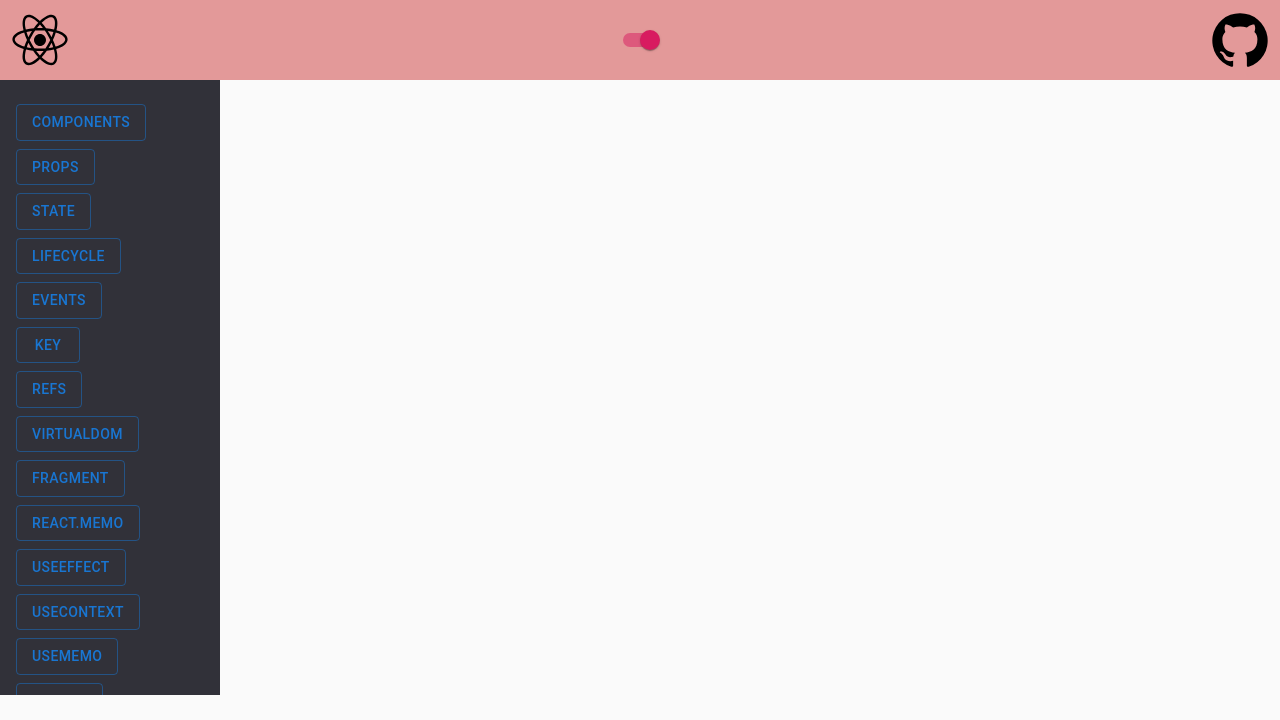
Repository: savannaaaas/reactDocumentation
Page: /topic
The author's editor kept a copy of each file at every save. The page is drawn from the files as they stood at one save, then again after the next save.
The browser window is 1280 px wide. The pictures show the whole page.
The project was rebuilt for these pictures with package versions that can differ from the ones it lists, and the page was loaded fresh each time. Also part of the build but not shown: vite.config.js, src/pages/welcomePage/WelcomeButton/WelcomeButton.jsx, src/pages/welcomePage/Content/ContentWelcome.jsx, src/pages/welcomePage/WelcomePage.jsx, src/pages/componentPage/ComponentPage.jsx.

Above is the page before, as saved 2025-07-19 17:02:57.

### index.html
<!DOCTYPE html>
<html lang="en" data-theme="light">
  <head>
    <meta charset="UTF-8" />
    <link rel="icon" type="image/svg+xml" href="/vite.svg" />
    <meta name="viewport" content="width=device-width, initial-scale=1.0" />
    <title>NoteBook</title>
  </head>
  <body>
    <div id="root"></div>
    <script type="module" src="/src/main.jsx"></script>
  </body>
</html>

### src/main.jsx
import { StrictMode } from "react";
import { createRoot } from "react-dom/client";
import App from "./App.jsx";
import { ThemeProvider } from "./providers/ThemeProvider.jsx";
import "./index.scss";
import { BrowserRouter } from "react-router";

createRoot(document.getElementById("root")).render(
  <StrictMode>
    <ThemeProvider>
      <BrowserRouter>
        <App />
      </BrowserRouter>
    </ThemeProvider>
  </StrictMode>
);

### src/App.jsx
import { Routes, Route } from "react-router";

import { WelcomePage } from "./pages/welcomePage/WelcomePage";
import { TopicPage } from "./pages/topicPage/TopicPage";
import { ComponentPage } from "./pages/componentPage/ComponentPage";

import "./index.scss";

function App() {
  return (
    <Routes>
      <Route path="/" element={<WelcomePage />} />
      <Route path="/topic" element={<TopicPage />}>
        <Route path="components" element={<ComponentPage />} />
      </Route>
    </Routes>
  );
}

export default App;

### src/providers/ThemeProvider.jsx
import { useEffect, useState } from "react";
import { themes, ThemeContext } from "../contexts/ThemeContext";
const getTheme = () => {
  const theme = `${window?.localStorage.getItem("theme")}`; //получаем тему из хранилища
  if (Object.values(themes).includes(theme)) {
    //если тема такая есть возвращаем
    return theme;
  } //если в хранилище нет смотрим какую тему пользователь предпочитает
  const userMedia = window.matchMedia("(prefers-color-scheme: light)"); //проверяем предпочитает пользователь светлую тему если да возвр
  if (userMedia.matches) return themes.light;
  return themes.dark; //иначе темная
};
export const ThemeProvider = ({ children }) => {
  const [theme, setTheme] = useState(getTheme);
  useEffect(() => {
    document.documentElement.dataset.theme = theme; // добавляем атрибут data-theme на <html>
    localStorage.setItem("theme", theme); //устанавливаем и сохраняем текущую тему
  }, [theme]);
  return (
    <ThemeContext.Provider value={{ theme, setTheme }}>
      {children}
    </ThemeContext.Provider>
  );
};

### src/index.scss
*{
  padding: 0;
  margin: 0;
  box-sizing: border-box;
}
body {
  background-color: var(--background-color);
}

:root[data-theme="light"] {
  --background-color: #fafafa;
}

:root[data-theme="dark"] {
  --background-color: #313139;
}

### src/pages/topicPage/TopicPage.jsx
import { Header } from "../welcomePage/Header/Header";
import { Navigation } from "../../components/Navigation/Navigation";
export const TopicPage = () => {
  return (
    <>
      <Header />
      <Navigation />
    </>
  );
};

### src/contexts/ThemeContext.jsx
import { createContext } from "react";
export const themes = {
  dark: "dark",
  light: "light",
};

export const ThemeContext = createContext({});

### src/pages/welcomePage/Header/Header.jsx
import { useContext } from "react";
import GitHubIcon from "@mui/icons-material/GitHub";
import reactLogo from "../../../assets/react.svg";
import { Image } from "../../../components/Image/Image";
import { Toggle } from "../../../components/Toggle/Toggle";
import "../index.scss";

export const Header = () => {
  return (
    <div className="header">
      <Image src={reactLogo} alt="React logo" style={{ width: "60px" }} />
      <Toggle />
      <GitHubIcon sx={{ fontSize: "60px" }} />
    </div>
  );
};

### src/pages/welcomePage/index.scss
$light-color: rgb(242, 118, 138);
$dark-color : #ffffff;

.header {
  background-color: rgb(227, 153, 153);
  display: flex;
  flex-direction: row;
  align-items: center;
  justify-content: space-between;
  padding: 10px;
  width: 100%;
}


.base-content {
  position: relative;
  display: flex;
  flex-direction: column;
  justify-content: center;
  align-items: center;
  gap: 100px;
  color: rgb(242, 118, 138);

  p {
    a {
      color: rgb(242, 118, 138);
      text-decoration: none;
    }
  }
}


.welcome-page {
  position: relative;
  display: flex;
  flex-direction: column;
  gap: 100px;
  justify-content: center;
  align-items: center;
}

.welcome-button{
  padding: 10 30px;
  width: 170px;
  border-radius: 30px;
}
[data-theme="light"] {
  .base-content {
    color: $light-color;

    p {
      a {
        color: $light-color;
      }
    }
  }
  .welcome-button{
    background-color: rgb(245, 60, 91);
    color: white;
  }
}

[data-theme="dark"] {
  .base-content {
    color: $dark-color;

    p {
      a {
        color: $dark-color;
      }
    }
  }
  .welcome-button{
    background-color: white;
    color: rgb(245, 60, 91);
  }
}

### src/components/Navigation/Navigation.jsx
import { Button } from "../Button/Button";
import "./index.scss";
import { Box, List, ListItem } from "@mui/material";
import { NavLink } from "react-router";
import { ButtonNavigate } from "./ButtonNavigate";
export const Navigation = () => {
  return (
    <Box
      className="list"
      sx={{
        maxHeight: "615px",
        overflowY: "auto",
        width: "220px",
        p: 2,
        height: "200vh",
        top: "80px",
        left: 0,
        position: "fixed",
      }}
    >
      <List sx={{ display: "flex", flexDirection: "column", gap: 1 }}>
        <ListItem disablePadding>
          <ButtonNavigate component={NavLink} to="/topic/components" fullWidth>
            Components
          </ButtonNavigate>
        </ListItem>
        <ListItem disablePadding>
          <ButtonNavigate component={NavLink} to="/topic/props" fullWidth>
            Props
          </ButtonNavigate>
        </ListItem>
        <ListItem disablePadding>
          <ButtonNavigate component={NavLink} to="/topic/state" fullWidth>
            State
          </ButtonNavigate>
        </ListItem>
        <ListItem disablePadding>
          <ButtonNavigate component={NavLink} to="/topic/lifecycle" fullWidth>
            Lifecycle
          </ButtonNavigate>
        </ListItem>
        <ListItem disablePadding>
          <ButtonNavigate component={NavLink} to="/topic/events" fullWidth>
            Events
          </ButtonNavigate>
        </ListItem>
        <ListItem disablePadding>
          <ButtonNavigate component={NavLink} to="/topic/key" fullWidth>
            Key
          </ButtonNavigate>
        </ListItem>
        <ListItem disablePadding>
          <ButtonNavigate component={NavLink} to="/topic/refs" fullWidth>
            Refs
          </ButtonNavigate>
        </ListItem>
        <ListItem disablePadding>
          <ButtonNavigate component={NavLink} to="/topic/virtual-dom" fullWidth>
            VirtualDOM
          </ButtonNavigate>
        </ListItem>
        <ListItem disablePadding>
          <ButtonNavigate component={NavLink} to="/topic/fragment" fullWidth>
            Fragment
          </ButtonNavigate>
        </ListItem>
        <ListItem disablePadding>
          <ButtonNavigate component={NavLink} to="/topic/react-memo" fullWidth>
            React.Memo
          </ButtonNavigate>
        </ListItem>
        <ListItem disablePadding>
          <ButtonNavigate component={NavLink} to="/topic/useEffect" fullWidth>
            useEffect
          </ButtonNavigate>
        </ListItem>
        <ListItem disablePadding>
          <ButtonNavigate component={NavLink} to="/topic/useContext" fullWidth>
            useContext
          </ButtonNavigate>
        </ListItem>
        <ListItem disablePadding>
          <ButtonNavigate component={NavLink} to="/topic/useMemo" fullWidth>
            useMemo
          </ButtonNavigate>
        </ListItem>
        <ListItem disablePadding>
          <ButtonNavigate component={NavLink} to="/topic/router" fullWidth>
            Router
          </ButtonNavigate>
        </ListItem>
      </List>
    </Box>
  );
};

### src/components/Button/Button.jsx
import ButtonCustom from "@mui/material/Button";
export const Button = ({ children, ...props }) => {
  return <ButtonCustom {...props}>{children}</ButtonCustom>;
};

### src/components/Image/Image.jsx
export const Image = ({ children, ...props }) => {
  return <img {...props}>{children}</img>;
};

### src/components/Toggle/Toggle.jsx
import { useContext } from "react";
import { ThemeContext } from "../../contexts/ThemeContext";
import { alpha, styled } from "@mui/material/styles";
import { grey, pink } from "@mui/material/colors";
import { themes } from "../../contexts/ThemeContext";
import Switch from "@mui/material/Switch";
export const Toggle = () => {
  const { theme, setTheme } = useContext(ThemeContext);
  const ThemeSwitch = styled(Switch)(({ theme }) => ({
    "& .MuiSwitch-switchBase": {
      color: grey[600],
      "&:hover": {
        backgroundColor: alpha(grey[600], theme.palette.action.hoverOpacity),
      },
    },
    "& .MuiSwitch-track": {
      backgroundColor: grey[600],
    },
    "& .MuiSwitch-switchBase.Mui-checked": {
      color: pink[600],
      "&:hover": {
        backgroundColor: alpha(pink[600], theme.palette.action.hoverOpacity),
      },
    },
    "& .MuiSwitch-switchBase.Mui-checked + .MuiSwitch-track": {
      backgroundColor: pink[600],
    },
  }));
  const handleChange = () => {
    if (theme === themes.light) setTheme(themes.dark);
    if (theme === themes.dark) setTheme(themes.light);
  };
  return (
    <ThemeSwitch checked={theme == themes.light} onChange={handleChange} />
  );
};

### src/components/Navigation/index.scss
[data-theme="light"] {
  .list{
    background-color:#313139;
  }
}

[data-theme="dark"] {
  .list{
background-color:#ffffff
  }
}

### src/components/Navigation/ButtonNavigate.jsx
import { Button } from "../Button/Button";
export const ButtonNavigate = ({ children, props }) => {
  return (
    <Button {...props} variant="outlined" style={{ with: "300px" }}>
      {children}
    </Button>
  );
};

After the next save:
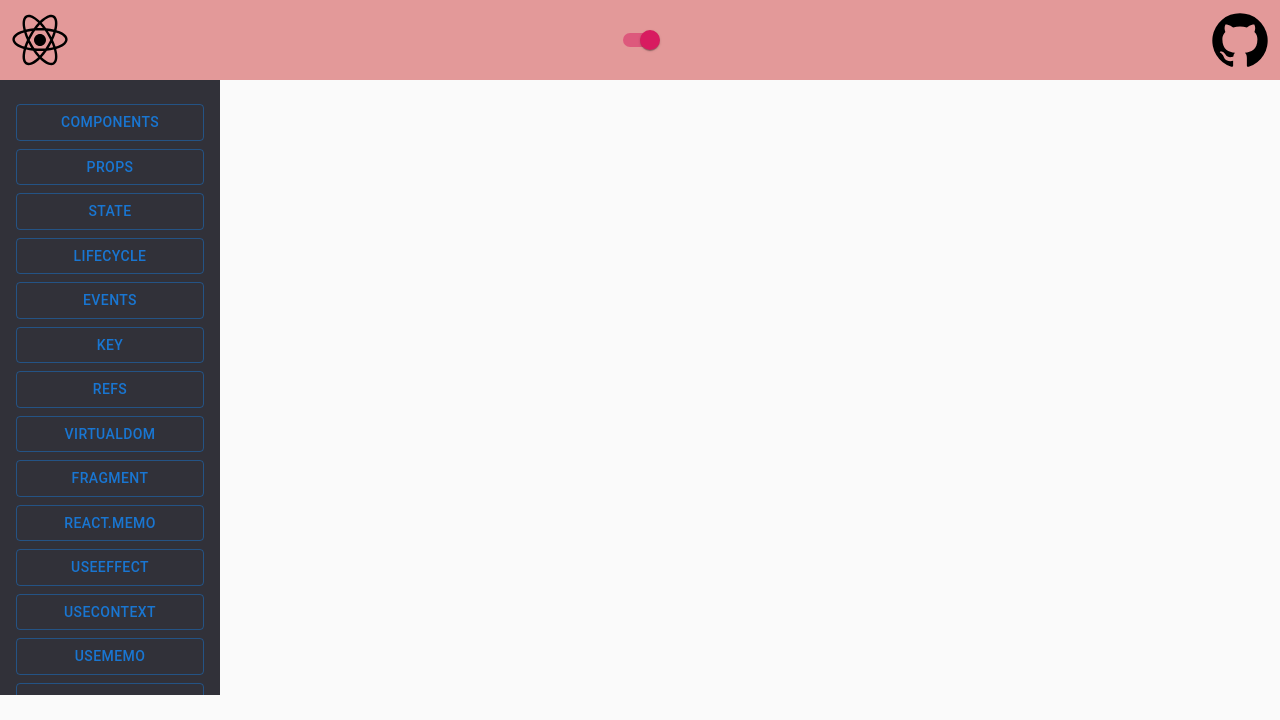
Saved 11 s later.
--- a/src/components/Navigation/ButtonNavigate.jsx
+++ b/src/components/Navigation/ButtonNavigate.jsx
@@ -1,7 +1,7 @@
 import { Button } from "../Button/Button";
 export const ButtonNavigate = ({ children, props }) => {
   return (
-    <Button {...props} variant="outlined" style={{ with: "300px" }}>
+    <Button {...props} variant="outlined" style={{ width: "300px" }}>
       {children}
     </Button>
   );

After the save that followed:
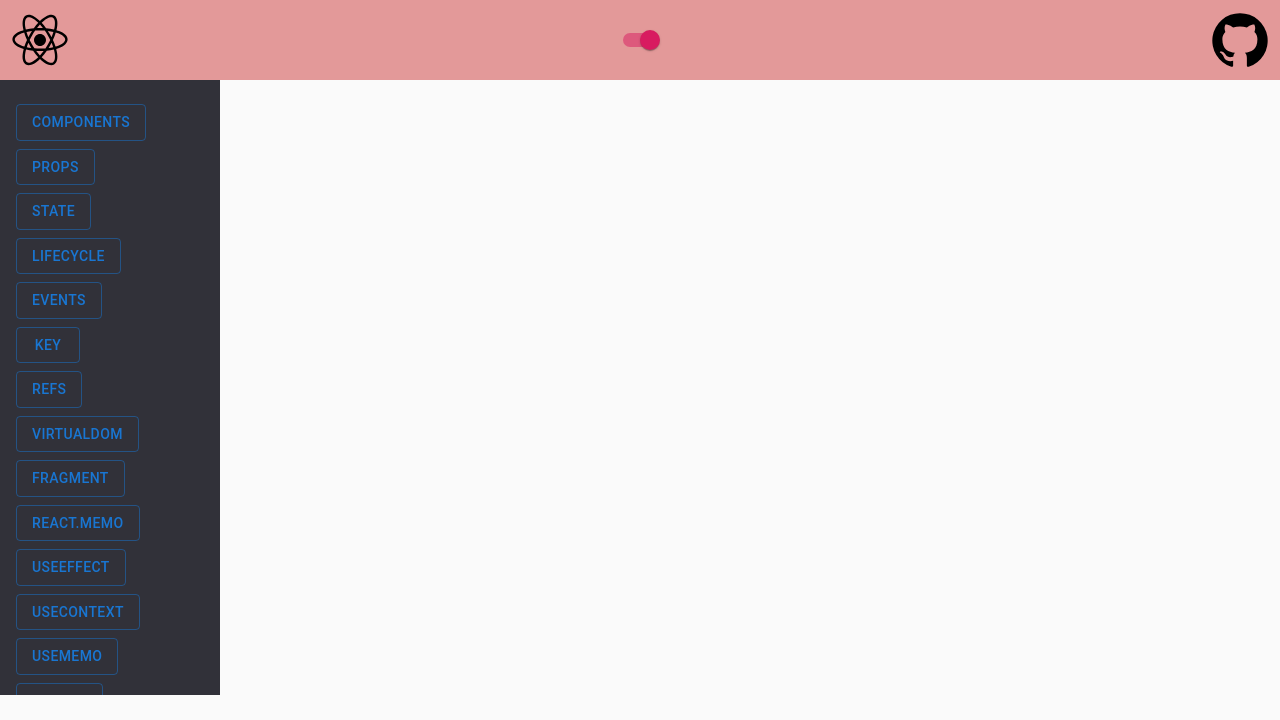
Saved 62 s later.
--- a/src/components/Navigation/ButtonNavigate.jsx
+++ b/src/components/Navigation/ButtonNavigate.jsx
@@ -1,7 +1,7 @@
 import { Button } from "../Button/Button";
 export const ButtonNavigate = ({ children, props }) => {
   return (
-    <Button {...props} variant="outlined" style={{ width: "300px" }}>
+    <Button {...props} variant="outlined" className="navigate-button">
       {children}
     </Button>
   );
